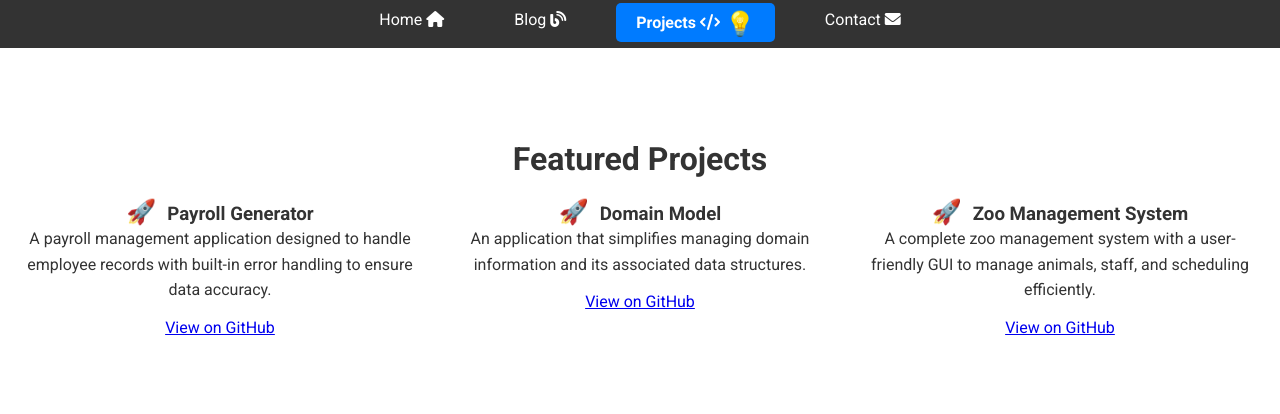
Repository: liwingy/cs5610_fall24_project1
Page: projects.html
An editor plug-in stored every save of this project. The page is shown before and after the next save, followed by the edit.
The browser window is 1280 px wide. The pictures show the whole page.

Above is the page before, as saved 2024-10-07 22:08:41.

After the next save:
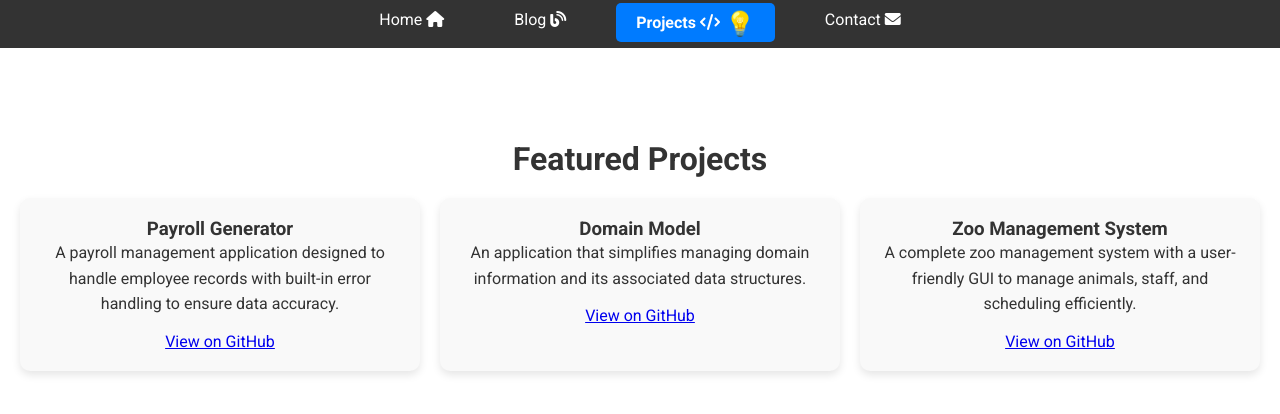
Saved 15 s later.
--- a/projects.html
+++ b/projects.html
@@ -21,17 +21,17 @@
         <section class="projects">
             <h2>Featured Projects</h2>
             <div class="grid">
-                <div class="project-item">
+                <div class="card">
                     <h3>Payroll Generator</h3>
                     <p>A payroll management application designed to handle employee records with built-in error handling to ensure data accuracy.</p>
                     <a href="https://github.com/Su24-CS5004-Online-Lionelle/homework-03-liwingy/tree/main/src/main/java/student" target="_blank">View on GitHub</a>
                 </div>
-                <div class="project-item">
+                <div class="card">
                     <h3>Domain Model</h3>
                     <p>An application that simplifies managing domain information and its associated data structures.</p>
                     <a href="https://github.com/Su24-CS5004-Online-Lionelle/homework-07-liwingy/tree/main/src/main/java/student/model" target="_blank">View on GitHub</a>
                 </div>
-                <div class="project-item">
+                <div class="card">
                     <h3>Zoo Management System</h3>
                     <p>A complete zoo management system with a user-friendly GUI to manage animals, staff, and scheduling efficiently.</p>
                     <a href="https://github.com/Su24-CS5004-Online-Lionelle/final-project-group-12" target="_blank">View on GitHub</a>
